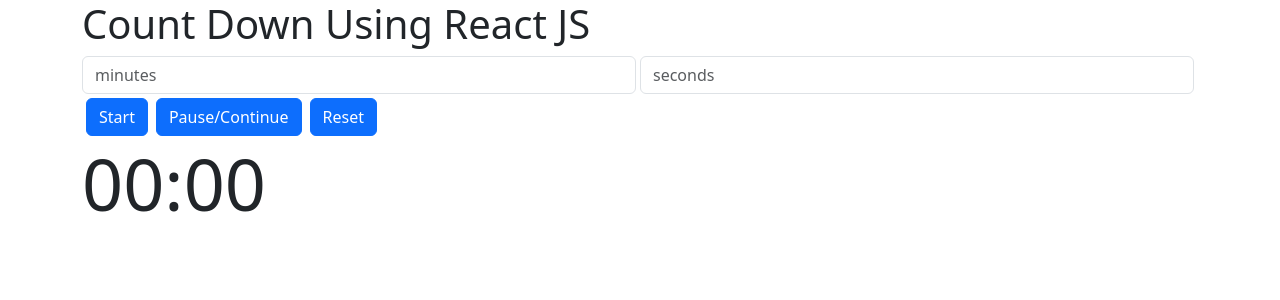
Repository: maheshdama13/reactjs-count-down
Page: /
These files come from the project's save history. The page is drawn as it stood at one moment and after a run of saves; the edit follows.
The browser window is 1280 px wide. The pictures show the whole page.
The project was rebuilt for these pictures with package versions that can differ from the ones it lists, and the page was loaded fresh each time. Also part of the build but not shown: src/App.css.

Above is the page before, as saved 2022-07-01 02:19:37.

### src/App.js
import logo from './logo.svg';
import './App.css';
import CountDown from './components/CountDown';

function App() {
  return (
    <CountDown />
  );
}

export default App;

### src/components/CountDown.js
import React, {useState, useEffect, useRef} from 'react'

export default function CountDown() {
  const [timer, setTimer] = useState(0);
  const [formattedTimer, setFormattedTimer] = useState("00:00");
  const [isTimerRunning, setIsTimerRunning] = useState(0);

  const formData = useRef(null)

  useEffect(() => {
    let interval = 0;
    if(isTimerRunning === 1) {
      interval = setInterval(() => {
        if(timer > 0)
          setTimer(timer-1);
        }, 1000);
      }


    setFormattedTimer(formatTimer(timer))
    return () => clearInterval(interval);
  }, [timer, isTimerRunning]);

  const formatTimer = (timeData) => {
    let m = Math.floor(timeData % 3600 / 60);
    m = (m<=9) ? '0'+m : m;
    let s = Math.floor(timeData % 3600 % 60);
    s = (s<=9) ? '0'+s : s;
    return m+':'+s;
  }

  const startHandler = () => {
    setIsTimerRunning(1);
    const form = formData.current
    let minutes = form['minutes'].value;
    let seconds = form['seconds'].value;
    let timerVal = Number(minutes*60) + Number(seconds);
    setTimer(timerVal);
  }

  const pauseHandler = () => {
    setIsTimerRunning(prevState => {
      if(prevState === 1) {
        return 0
      } else {
        return 1;
      }
    });
  }

  const resetHandler = () => {
    formData.current.reset();
    setIsTimerRunning(0);
    setTimer(0);
  }

  return (
    <div className='container'>
    <h1>Count Down Using React JS</h1>
      <form ref={formData}>
        <div class="d-flex">
          <input className='form-control d-inline' name='minutes' type="number" placeholder='minutes' />&nbsp;
          <input className='form-control d-inline' name='seconds' type="number" placeholder='seconds' />&nbsp;
        </div>
        <button type="button" className='btn btn-primary m-1' onClick={startHandler}>Start</button>
        <button type="button" className='btn btn-primary m-1' onClick={pauseHandler}>Pause/Continue</button>
        <button type="button" className='btn btn-primary m-1' onClick={resetHandler}>Reset</button>
      </form>


      <h1 className='display-2'>{formattedTimer} {isTimerRunning ? 'Running' : ''}</h1>
    </div>
  )
}

Loaded but not shown: public/index.html (common file); src/index.js (common file); src/index.css (common file); src/reportWebVitals.js (common file)

After the next 2 saves:
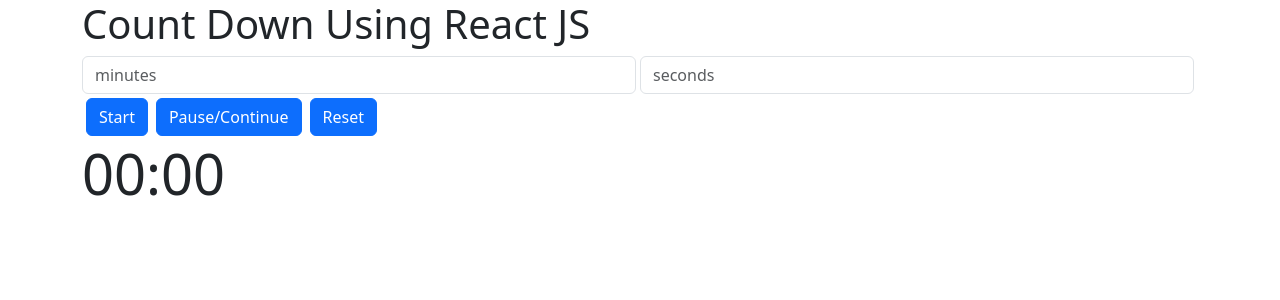
The 2 saves are shown as one change because they came seconds apart.
The last was saved 9 s later.
--- a/src/components/CountDown.js
+++ b/src/components/CountDown.js
@@ -68,7 +68,7 @@
       </form>
 
 
-      <h1 className='display-2'>{formattedTimer} {isTimerRunning ? 'Running' : ''}</h1>
+      <h1 className='display-4'>{formattedTimer} {isTimerRunning ? 'Running' : ''}</h1>
     </div>
   )
 }
